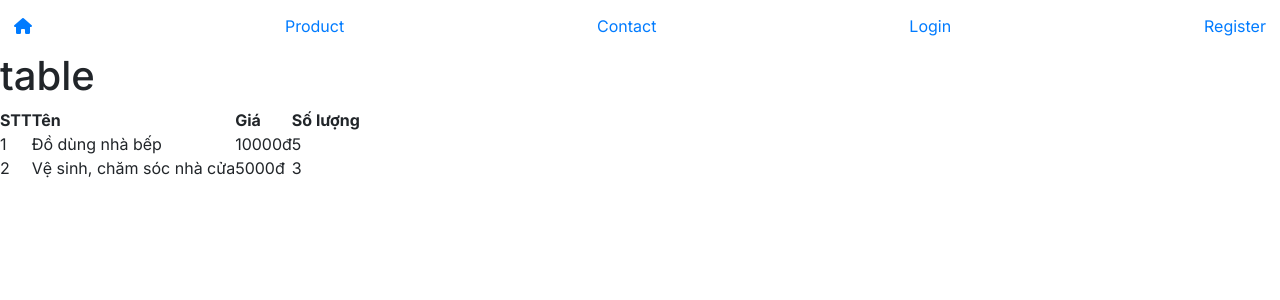
Repository: bao2222/hoc-lam-web
Page: About-me.html
The author's editor kept a copy of each file at every save. The page is drawn from the files as they stood at one save, then again after the next save.
The browser window is 1280 px wide. The pictures show the whole page.
Some web fonts or font styles are not loaded; a fallback is used.

Above is the page before, as saved 2025-01-23 17:20:27.

### About-me.html
<!DOCTYPE html>
<html lang="en">
    <head>
        <title>About me</title>
        <meta charset="UTF-8">
        <link rel="name" href="welcome.html" type="text/html">
        <link rel="name" href="login.html" type="text/html">
        <link rel="name" href="logout.html" type="text/html">
        <link rel="stylesheet" href="style.css" type="text/css">
        <script src="project.js"></script>
        <link rel="stylesheet" href="https://cdnjs.cloudflare.com/ajax/libs/font-awesome/6.7.2/css/all.min.css" integrity="sha512-Evv84Mr4kqVGRNSgIGL/F/aIDqQb7xQ2vcrdIwxfjThSH8CSR7PBEakCr51Ck+w+/U6swU2Im1vVX0SVk9ABhg==" crossorigin="anonymous" referrerpolicy="no-referrer" />
        <link rel="stylesheet" href="https://maxcdn.bootstrapcdn.com/bootstrap/4.5.2/css/bootstrap.min.css">
        <script src="https://ajax.googleapis.com/ajax/libs/jquery/3.5.1/jquery.min.js"></script>
        <script src="https://cdnjs.cloudflare.com/ajax/libs/popper.js/1.16.0/umd/popper.min.js"></script>
        <script src="https://maxcdn.bootstrapcdn.com/bootstrap/4.5.2/js/bootstrap.min.js"></script>
        <link rel="preconnect" href="https://fonts.googleapis.com">
        <link rel="preconnect" href="https://fonts.gstatic.com" crossorigin>
        <link href="https://fonts.googleapis.com/css2?family=Inter+Tight:ital,wght@0,100..900;1,100..900&family=Inter:ital,opsz,wght@0,14..32,100..900;1,14..32,100..900&display=swap" rel="stylesheet">



    </head>

    <body>
        <header>
            <div>
                <div class="b-menu">
                    <a href="home.html">
                        <i class="fa-solid fa-house"></i>
                    </a>
                    <a href="b2.html">Product</a>
                    <a href="b3.html">Contact</a>
                    <a href="login.html">Login</a>
                    <a href="logout.html">Register</a>

                </div>

            </div>


        </header>
        <main>
            <h1>table</h1>
            <table>
                <tr>
                    <th>STT </th>
                    <th>Tên</th>
                    <th>Giá</th>
                    <th>Số lượng</th>
                </tr>
                <tr>
                    <td>1</td>
                    <td>Đồ dùng nhà bếp</td>
                    <td>10000đ</td>
                    <td>5</td>
                </tr>
                <tr>
                    <td>2</td>
                    <td>Vệ sinh, chăm sóc nhà cửa</td>
                    <td>5000đ</td>
                    <td>3</td>
                </tr>
            </table>


        </main>


        <footer></footer>



    </body>
</html>

### style.css
*{
    box-sizing: border-box;
    margin: 0;
    padding: 0;
    font-family: 'Inter', sans-serif;
}
.google-header{
    font-family: 'Poppins', sans-serif;
}
header{
    display: flex;
    justify-content: space-between;
    padding: 14px;
    gap: 14px;
}
.b-menu{
    display:flex;
    justify-content: space-between;
    align-items: center ;
    gap: 14;
}

Loaded but not shown: project.js (no stored copy; drawn as an empty file)

After the next save:
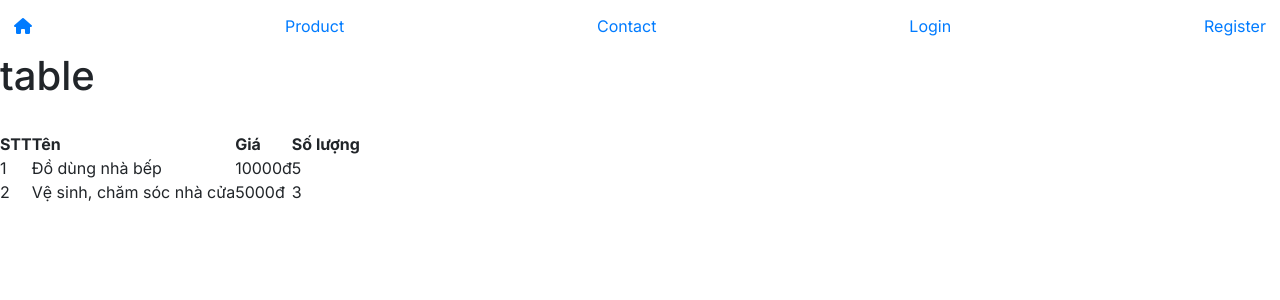
Saved 12 s later.
--- a/About-me.html
+++ b/About-me.html
@@ -43,7 +43,7 @@
             <h1>table</h1>
             <table>
                 <tr>
-                    <th>STT </th>
+                    <th>STT </th><br>
                     <th>Tên</th>
                     <th>Giá</th>
                     <th>Số lượng</th>
